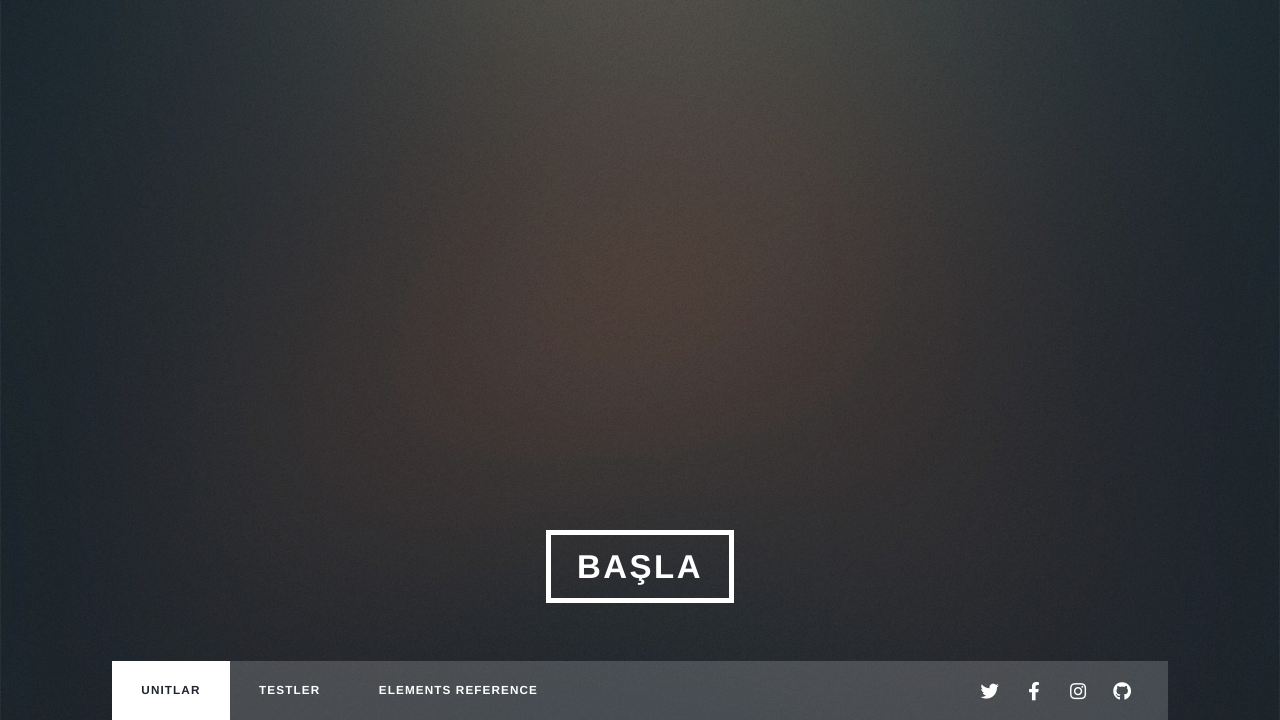
Repository: Sahet-dev/English-grammar-app
Page: index.html
These files come from the project's save history. The page is drawn as it stood at one moment and after the next save; the edit follows.
The browser window is 1280 px wide. The pictures show the window.
A layer covers the whole window, so only the first screen is drawn. Some web fonts or font styles are not loaded; a fallback is used.

Above is the page before, as saved 2022-06-27 01:26:54.

After the next save:
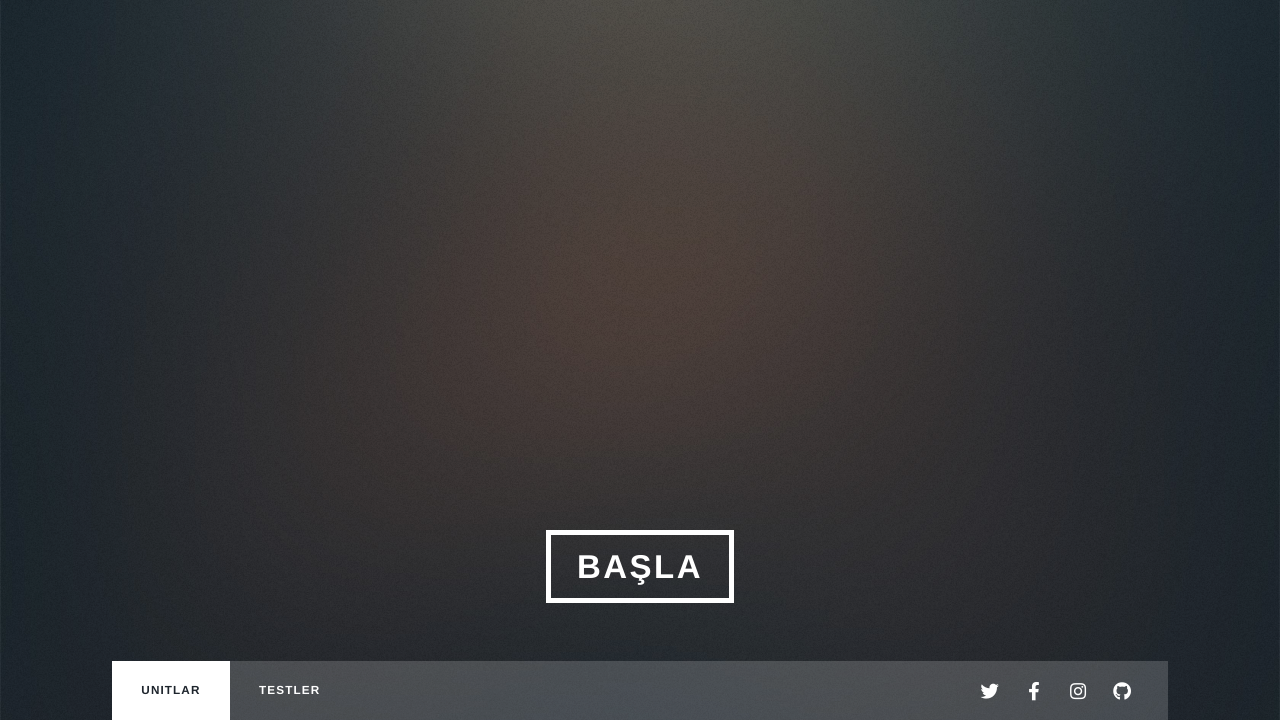
Saved 3 min 54 s later.
--- a/index.html
+++ b/index.html
@@ -38,7 +38,7 @@
 						<ul class="links">
 							<li class="active"><a href="index.html">Unitlar   </a></li>
 							<li><a href="generic.html">Testler </a></li>
-							<li><a href="#">Elements Reference</a></li>
+
 						</ul>
 						<ul class="icons">
 							<li><a href="#" class="icon brands fa-twitter"><span class="label">Twitter</span></a></li>
